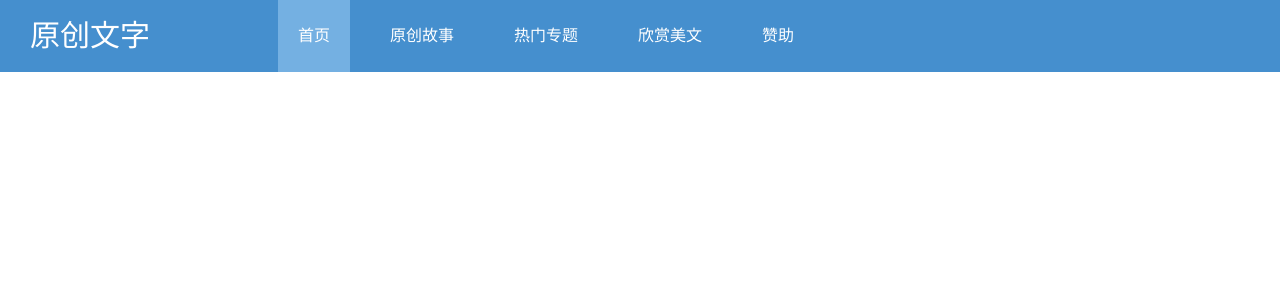
Repository: equation-zheng/Article
Page: http://localhost/Idles/
An editor plug-in stored every save of this project. The page is shown before and after the next save, followed by the edit.
The browser window is 1280 px wide. The pictures show the whole page.
The page is served by Tomcat 9. Other server files are loaded and not shown.

Above is the page before, as saved 2017-12-05 10:21:17.

### Service/apache-tomcat-7.0.82/Idles/WebContent/index.jsp
<?xml version="1.0" encoding="UTF-8" ?>
<%@ page language="java" contentType="text/html; charset=UTF-8"
    pageEncoding="UTF-8"%>
<!DOCTYPE html PUBLIC "-//W3C//DTD XHTML 1.0 Transitional//EN" "http://www.w3.org/TR/xhtml1/DTD/xhtml1-transitional.dtd">
<html xmlns="http://www.w3.org/1999/xhtml">
<head>
<meta http-equiv="Content-Type" content="text/html; charset=UTF-8" />
<title>首页</title>
</head>
<style>
	* {
		margin: 0;
		padding: 0;
		font-family: "微软雅黑";
	}
	ul li {
		list-style: none;
	}
	.header {
		height: 72px;
		background: #458fce;
	}
	.header .logo {
		color: #fff;
		line-height: 72px;
		font-size: 30px;
		margin-left: 30px;
		display: inline-block;
		font-weight: 500;
		float: left;
	}
	.header ul .first {
		margin-left: 10%;
		background: #74b0e2;
	}
	.header ul li {
		float: left;
		line-height: 72px;
		margin-left: 20px;
		padding: 0 20px 0 20px;
		color: #fff;
	}
	.header ul li:hover{
		background: #74b0e2;
		color: #D6E1CC;
	}

</style>
<body>
	<div class="header">
	<div class='logo'>原创文字</div>
		<ul>
			<li class='first'>首页</li>
			<li>原创故事</li>
			<li>热门专题</li>
			<li>欣赏美文</li>
			<li>赞助</li>
		</ul>
	</div>
</body>
</html>

After the next save:
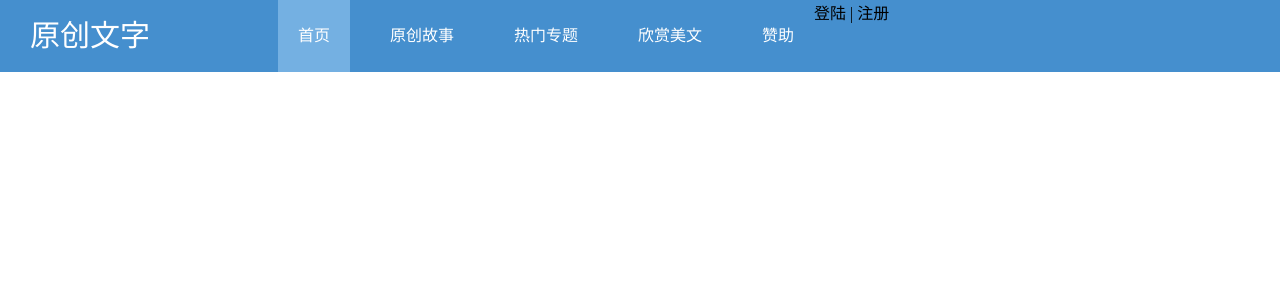
Saved 2 min 17 s later.
--- a/Service/apache-tomcat-7.0.82/Idles/WebContent/index.jsp
+++ b/Service/apache-tomcat-7.0.82/Idles/WebContent/index.jsp
@@ -56,6 +56,12 @@
 			<li>欣赏美文</li>
 			<li>赞助</li>
 		</ul>
+		<div class='login'>
+			<span>登陆</span>
+			<span>|</span>
+			<span>注册</span>
+		</div>
+
 	</div>
 </body>
 </html>
